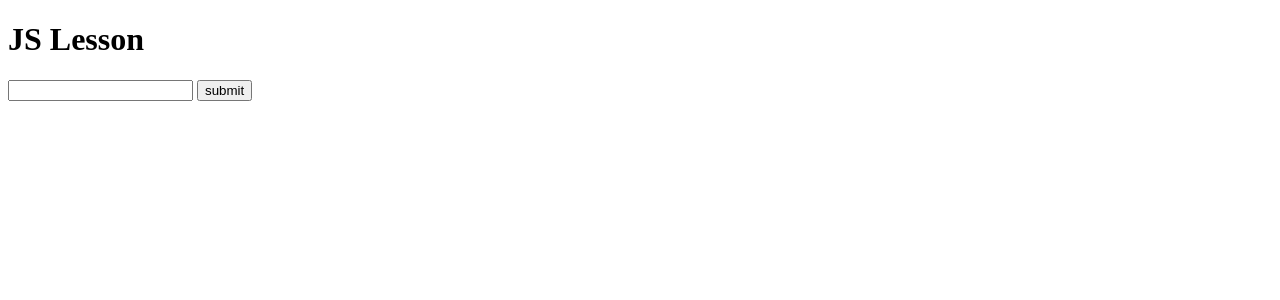
Repository: Haakim19/JavaScript
Page: index2.html
These files come from the project's save history. The page is drawn as it stood at one moment and after the next save; the edit follows.
The browser window is 1280 px wide. The pictures show the whole page.

Above is the page before, as saved 2024-11-06 16:01:56.

### index2.html
<!DOCTYPE html>
<html lang="en">
<head>
    <meta charset="UTF-8">
    <meta name="viewport" content="width=device-width, initial-scale=1.0">
    <title>JavaScript-lesson</title>
</head>
<body>
    <h1>JS Lesson</h1>
    <input type="text" id="input">
    <button type="submit" id="submit" onkeyup="submitValue()">submit</button>
    <h1 id="result"></h1>
    <script>
        var input = document.getElementById('input');
        // var submit = document.getElementById('submit');
        var result = document.getElementById('result');
        function submitValue(){
            var value = input.value;
            result.textContent = value;
        }
        // alert('Hello World');
        // console.log('Hello World');
        // document.write('Hello World');
        // var sub1 = 70;
        // var sub2 = 80;
        // var sub3 = 90;
        // var total = sub1 + sub2 + sub3;
        // var avg = total / 3;
        // document.write('<br>');
        // document.write('Total: ' + total);
        // document.write('<br>');
        // document.write('Average: ' + avg);
        // for (let i = 0; i < 11; i++) {
        //     for (let j = 0 ; j < i; j++){
        //         document.write('*');
        //     }
        //     document.write('<br>');
        // }
        // for (let i = 11; i > 0; i--) {
        //     for (let j = 0 ; j < i; j++){
        //         document.write('*');
        //     }
        //     document.write('<br>');
        // }
        // window.alert("Hello World");
        // var test = document.getElementsByTagName('h1')[0].innerHTML = 'JavaScript Lesson Updated';
        // console.log(test);
        // window.confirm('Are you sure?');
        // var name = window.prompt('Enter your name');
        // while (name != "null"){
        //     window.alert('You have not entered your name');
        //     window.prompt('Enter your name');
        // }
        //     document.write('Hello ' + name);
        // document.write(name);
        // while (name === null || name.trim() === "") {
        // window.alert('You have not entered your name');
        // name = window.prompt('Enter your name');
        // }
    </script>
</body>
</html>

After the next save:
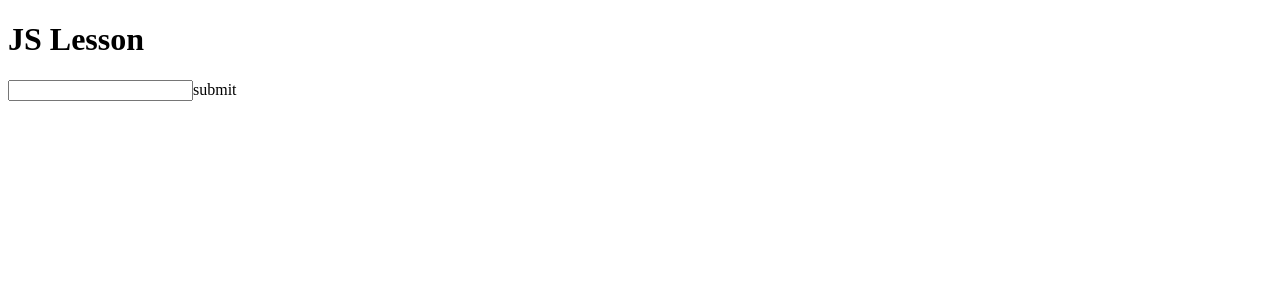
Console error (its wording comes from the project's code and is left out).
Saved 21 s later.
--- a/index2.html
+++ b/index2.html
@@ -7,8 +7,8 @@
 </head>
 <body>
     <h1>JS Lesson</h1>
-    <input type="text" id="input">
-    <button type="submit" id="submit" onkeyup="submitValue()">submit</button>
+    <input type="text" id="input" onkeyup="submitValue()>
+    <button type="submit" id="submit" ">submit</button>
     <h1 id="result"></h1>
     <script>
         var input = document.getElementById('input');

After the save that followed:
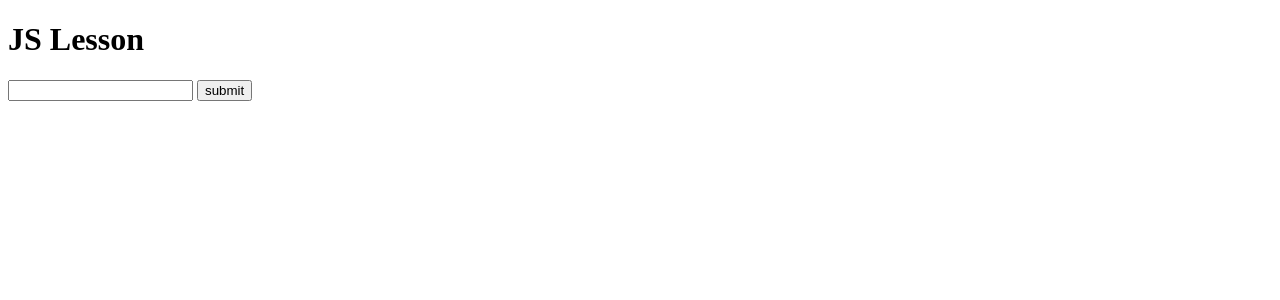
The error is gone.
Saved 8 s later.
--- a/index2.html
+++ b/index2.html
@@ -7,8 +7,8 @@
 </head>
 <body>
     <h1>JS Lesson</h1>
-    <input type="text" id="input" onkeyup="submitValue()>
-    <button type="submit" id="submit" ">submit</button>
+    <input type="text" id="input" onkeyup="submitValue()"">
+    <button type="submit" id="submit" >submit</button>
     <h1 id="result"></h1>
     <script>
         var input = document.getElementById('input');
